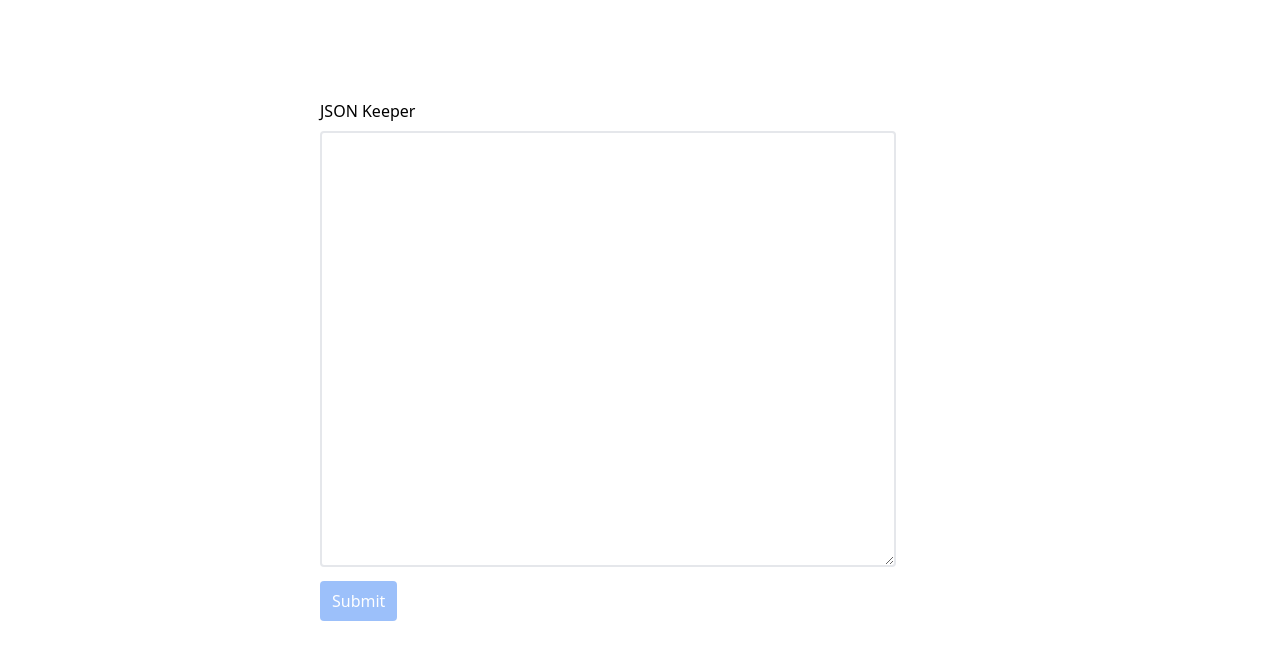
Repository: lakshithapramodya/jsonhub
Page: / (app in client/)
An editor plug-in stored every save of this project. The page is shown before and after the next save, followed by the edit.
The browser window is 1280 px wide. The pictures show the whole page.
The page's requests for data from a server got no answer. The project was rebuilt for these pictures with package versions that can differ from the ones it lists, and the page was loaded fresh each time. No one was signed in, and anything a server would have sent is missing. Also part of the build but not shown: client/src/HandleJsonData.js.

Above is the page before, as saved 2023-05-10 12:13:18.

After the next save:
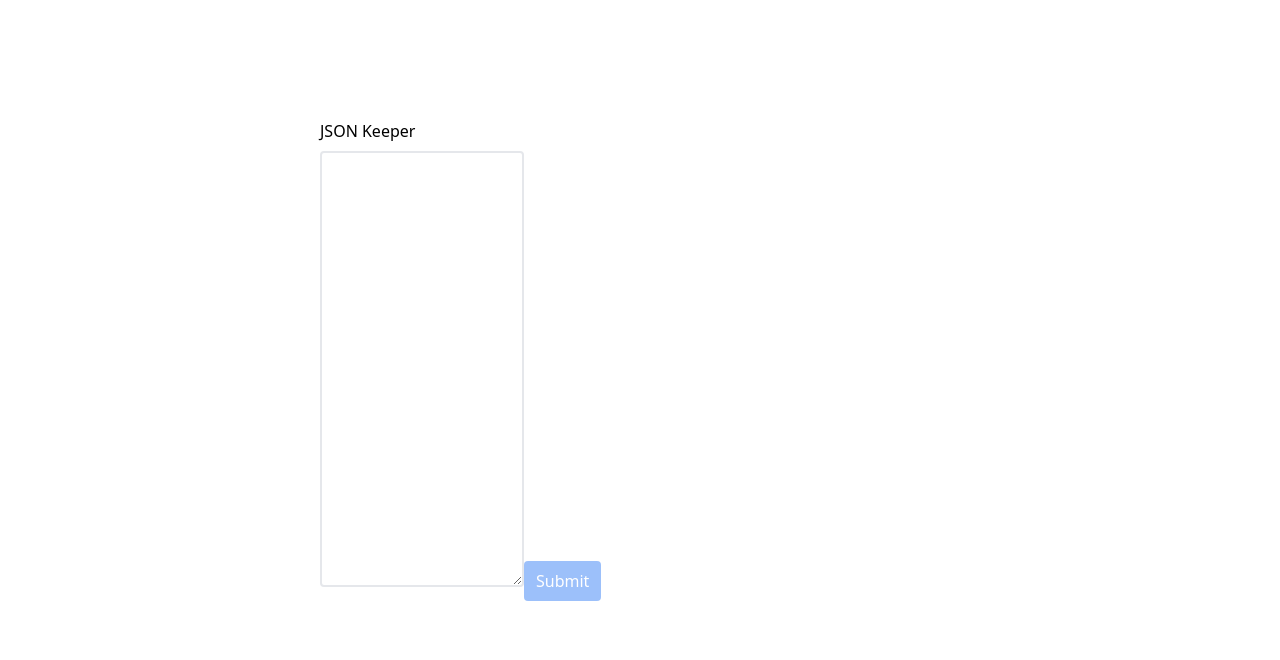
Saved 5 s later.
--- a/client/src/App.js
+++ b/client/src/App.js
@@ -47,7 +47,7 @@ function App() {
             onChange={(e) => setInput(e.target.value)}
             value={input}
             rows={18}
-            className="border-2 w-[90%] rounded"
+            className="border-2 rounded"
           />
           <button
             className="bg-blue-500 p-2 px-3 rounded text-white disabled:opacity-50"
